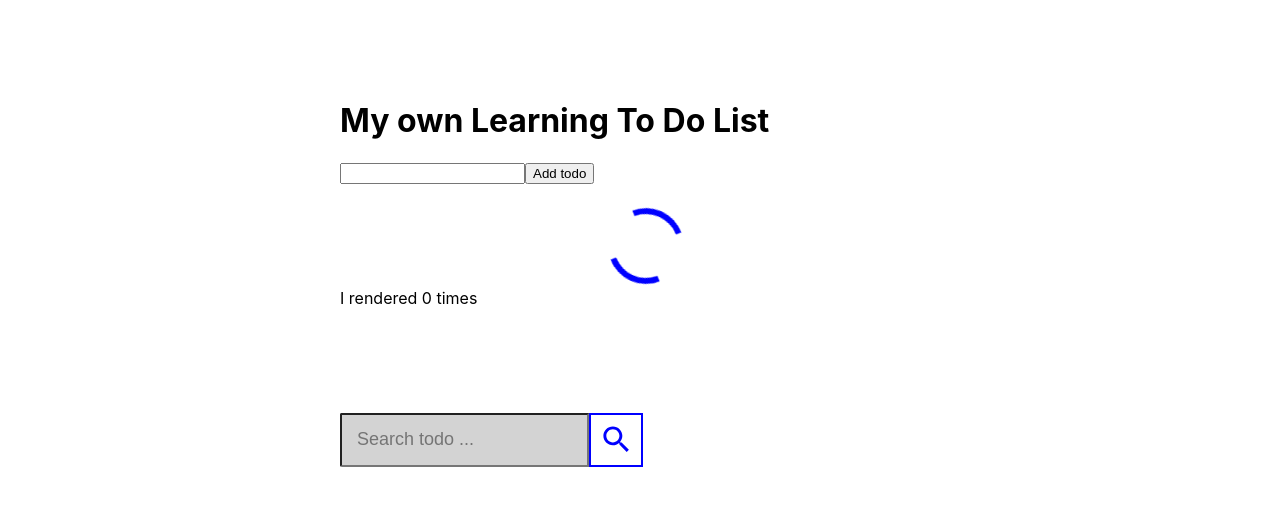
Repository: ArusyakAghajanyan/To-Do
Page: /
The author's editor kept a copy of each file at every save. The page is drawn from the files as they stood at one save, then again after the next save.
The browser window is 1280 px wide. The pictures show the whole page.
The page's requests for data from a server got no answer. The project was rebuilt for these pictures with package versions that can differ from the ones it lists, and the page was loaded fresh each time. No one was signed in, and anything a server would have sent is missing. Also part of the build but not shown: src/Todo/TodoItem.js, src/Todo/TodoList.js.

Above is the page before, as saved 2022-03-11 02:17:30.

### src/index.css
body {
  margin: 0;
  font-family: -apple-system, BlinkMacSystemFont, 'Segoe UI', 'Roboto', 'Oxygen',
    'Ubuntu', 'Cantarell', 'Fira Sans', 'Droid Sans', 'Helvetica Neue',
    sans-serif;
  -webkit-font-smoothing: antialiased;
  -moz-osx-font-smoothing: grayscale;
}

code {
  font-family: source-code-pro, Menlo, Monaco, Consolas, 'Courier New',
    monospace;
}
.wrapper {
  padding-top: 5rem;
  margin: 0 auto;
  width: 600px;
}
.rm {
  background: red;
  border-radius: 50%;
  color:#fff;
  border: none;
}

.done {
  text-decoration: line-through;
}

.lds-dual-ring {
  display: inline-block;
  width: 80px;
  height: 80px;
}

.lds-dual-ring:after {
  content: " ";
  display: block;
  width: 64px;
  height: 64px;
  margin: 8px;
  border-radius: 50%;
  border: 6px solid blue;
  border-color: blue transparent blue transparent;
  animation: lds-dual-ring 1.2s linear infinite;
}
@keyframes lds-dual-ring {
  0% {
    transform: rotate(0deg);
  }
  100% {
    transform: rotate(360deg);
  }
}

### src/App.js
import React, { useEffect, useRef } from 'react'
import TodoList from './Todo/TodoList'
import Context from './context'
import Loader from './Loader'
import SearchBar from './Search/SearchBar'

const AddTodo = React.lazy(
  () =>
  new Promise(resolve => {
    setTimeout(() => {
      resolve(import('./Todo/AddTodo'))
    }, 3000)
  })
  )

function App() {
  const [todos, setTodos] = React.useState([])
    // { id: 1, completed: false, title: 'Learn HTML, CSS'},
    // { id: 2, completed: true, title: 'Learn Js'},
    // { id: 3, completed: false, title: 'Learn React'},
    // { id: 4, completed: false, title: 'Learn Java'}
  const [loading, setLoading] = React.useState(true)
  const renderCount = useRef(0)

  useEffect(() => {
    renderCount.current = renderCount.current + 1
  })


useEffect(() => {
  fetch('https://jsonplaceholder.typicode.com/todos?_limit=5')
    .then(response => response.json())
    .then(todos => {
      setTimeout(() => {
        setTodos(todos)
        setLoading(false)
      }, 2000)
    })
}, [])

  function toggleTodo(id){
    setTodos(
    todos.map(todo => {
    if (todo.id === id) {
      todo.completed = !todo.completed
    }
    return todo
    })
    )
  }

  function removeTodo(id){
   setTodos(todos.filter(todo => todo.id !== id))
  }

  function addTodo(title) {
    setTodos(todos.concat([{
      title,
      id: Date.now(),
      completed: false
    }]))
  }
  return (
    <Context.Provider value={{ removeTodo }}>
    <div className='wrapper'>
      <h1>My own Learning To Do List</h1>
      <React.Suspense fallback={<p>Loading...</p>}>

      <AddTodo onCreate={addTodo} />
      </React.Suspense>
      {loading && <Loader />}
      {todos.length ? (
      <TodoList todos={todos} onToggle={toggleTodo} />
      ) : loading ? null : (
        <p>No todos!</p>
       )}
       <div> I rendered {renderCount.current} times </div>
       <div >
      <SearchBar placeholder="Search todo ..." data={todos} />
    </div>

    </div>
    </Context.Provider>

  )
}

export default App

// className="App"

### src/Loader.js
import React from 'react'

export default () => <div style={{display: 'flex', justifyContent: 'center', margin: '.5rem' }}>
    <div className="lds-dual-ring" /></div>

### src/Search/SearchBar.js
import React, { useState } from "react";
import "./SearchBar.css";
import SearchIcon from '@mui/icons-material/Search';
import CloseIcon from '@mui/icons-material/Close';

function SearchBar({ placeholder, data }) {
  const [filteredData, setFilteredData] = useState([]);
  const [wordEntered, setWordEntered] = useState("");

  const handleFilter = (event) => {
    const searchWord = event.target.value;
    setWordEntered(searchWord);
    const newFilter = data.filter((value) => {
      return value.title.toLowerCase().includes(searchWord.toLowerCase());
    });

    if (searchWord === "") {
      setFilteredData([]);
    } else {
      setFilteredData(newFilter);
    }
  };

  const clearInput = () => {
    setFilteredData([]);
    setWordEntered("");
  };

  return (
    <div className="search">
      <div className="searchInputs">
        <input
          type="text"
          placeholder={placeholder}
          value={wordEntered}
          onChange={handleFilter}

        />
        <div className="searchIcon">
          {filteredData.length === 0 ? (
            <SearchIcon />
          ) : (
            <CloseIcon id="clearBtn" onClick={clearInput} />
          )}
        </div>
      </div>
      {filteredData.length != 0 && (
        <div className="dataResult">
          {filteredData.slice(0, 15).map((value, key) => {
            return (
              <a className="dataItem" href={value.link} target="_blank">
                <p>{value.title} </p>
              </a>
            );
          })}
        </div>
      )}
    </div>
  );

}

export default SearchBar;

### src/Todo/AddTodo.js
import React, { useState } from "react";
import PropTypes from "prop-types";

function useInputValue(defaultValue = " ") {
  const [value, setValue] = useState(defaultValue);
  return {
    bind: {
      value,
      onChange: (event) => setValue(event.target.value),
    },
    clear: () => setValue(""),
    value: () => value,
  };
}

function AddTodo({ onCreate }) {
  const input = useInputValue(" ");

  function submitHandler(event) {
    event.preventDefault();

    if (input.value().trim()) {
      onCreate(input.value());
      input.clear();
    }
  }

  return (
    <form style={{ marginBottom: "1rem" }} onSubmit={submitHandler}>
      <input {...input.bind} />
      <button type="submit">Add todo</button>
    </form>
  );
}

AddTodo.propTypes = {
  onCreate: PropTypes.func.isRequired,
};

export default AddTodo;

### src/Search/SearchBar.css
.searchInputs {
    margin-top: 105px;
    display: flex;
  }

  .search input{
    background-color: lightgray;
    /* border: 2px solid gray; */
    border-radius: 2px;
    border-top-right-radius: 0px;
    border-bottom-right-radius: 0px;
    font-size: 18px;
    padding: 15px;
    height: 20px;
    width: 215px;
  }

  .searchIcon {
    border: 2px solid blue;
    height: 50px;
    width: 50px;
    background-color: white;
    display: grid;
    place-items: center;
    color: blue;
  }

  input:focus {
    outline: none;
  }
  .searchIcon svg {
    font-size: 35px;
  }

  .dataResult {
    margin-top: 0px;
    width: 300px;
    height: 200px;
    background-color: lightgray;
    box-shadow: rgba(0, 0, 0, 0.35) 0px 5px 15px;
    overflow: hidden;
    overflow-y: auto;
  }

  .dataResult::-webkit-scrollbar {
    display: none;
  }

  .dataResult .dataItem {
    width: 100%;
    height: 50px;
    display: flex;
    align-items: center;
    color: black;
  }

  .dataItem p {
    margin-left: 10px;
  }
  a {
    text-decoration: none;
  }

  a:hover {
    background-color: lightgrey;
  }

  #clearBtn {
    cursor: pointer;
  }

Loaded but not shown: public/index.html (common file); src/index.js (common file); src/reportWebVitals.js (common file); src/context.js (common file)

After the next save:
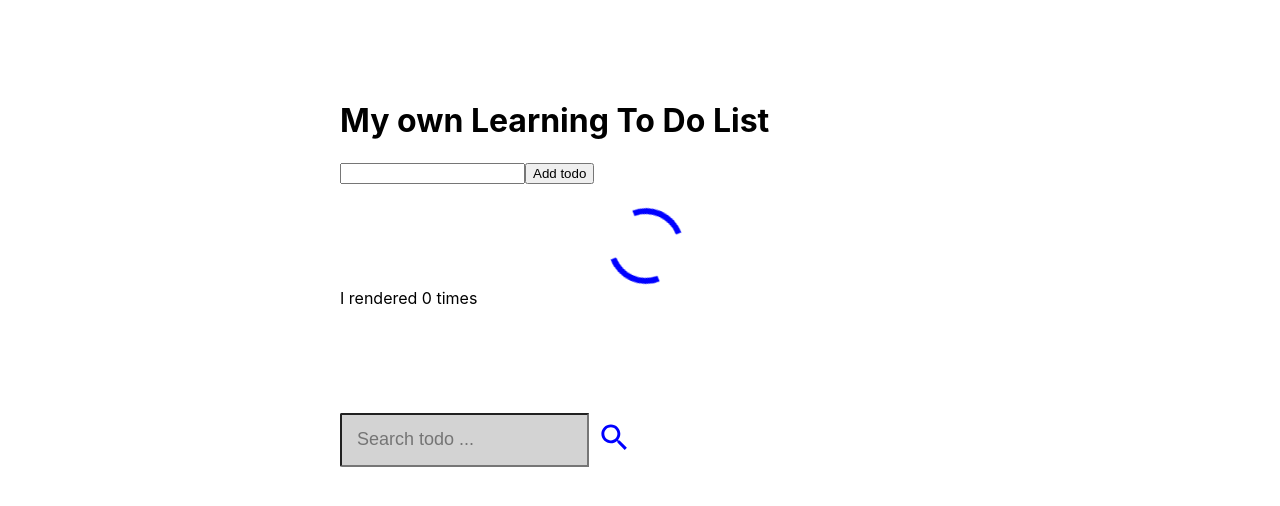
Saved 3 min 34 s later.
--- a/src/Search/SearchBar.css
+++ b/src/Search/SearchBar.css
@@ -16,7 +16,7 @@
   }
 
   .searchIcon {
-    border: 2px solid blue;
+    /* border: 2px solid blue; */
     height: 50px;
     width: 50px;
     background-color: white;
